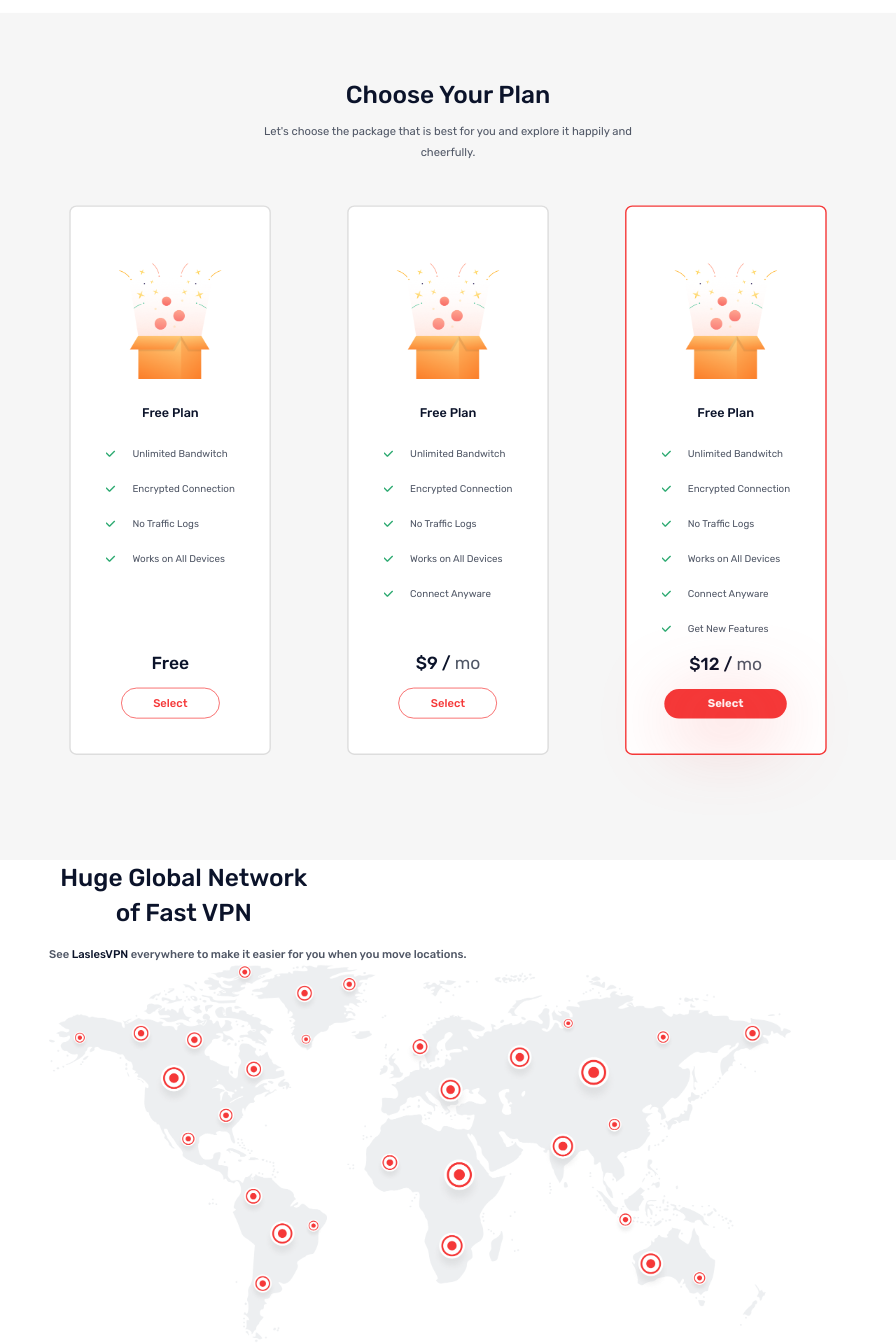
Repository: PhamTrungNguyen/LuyenTap
Page: LT_Figma/index.html
An editor plug-in stored every save of this project. The page is shown before and after a run of saves, followed by the edit.
The browser window is 1280 px wide. The pictures show the part of the page from y = 1369 to 3289 px (the page is 3289 px tall), at 70% of full size.
Some web libraries are served in a nearby version. The style sheet was rebuilt from its Sass, Less or Tailwind sources for each picture, by a compiler version that may differ from the author's.

Above is the page before, as saved 2021-12-08 23:15:04.
Console error: TypeError: Cannot read properties of null (reading 'addEventListener')

After the next 2 saves:
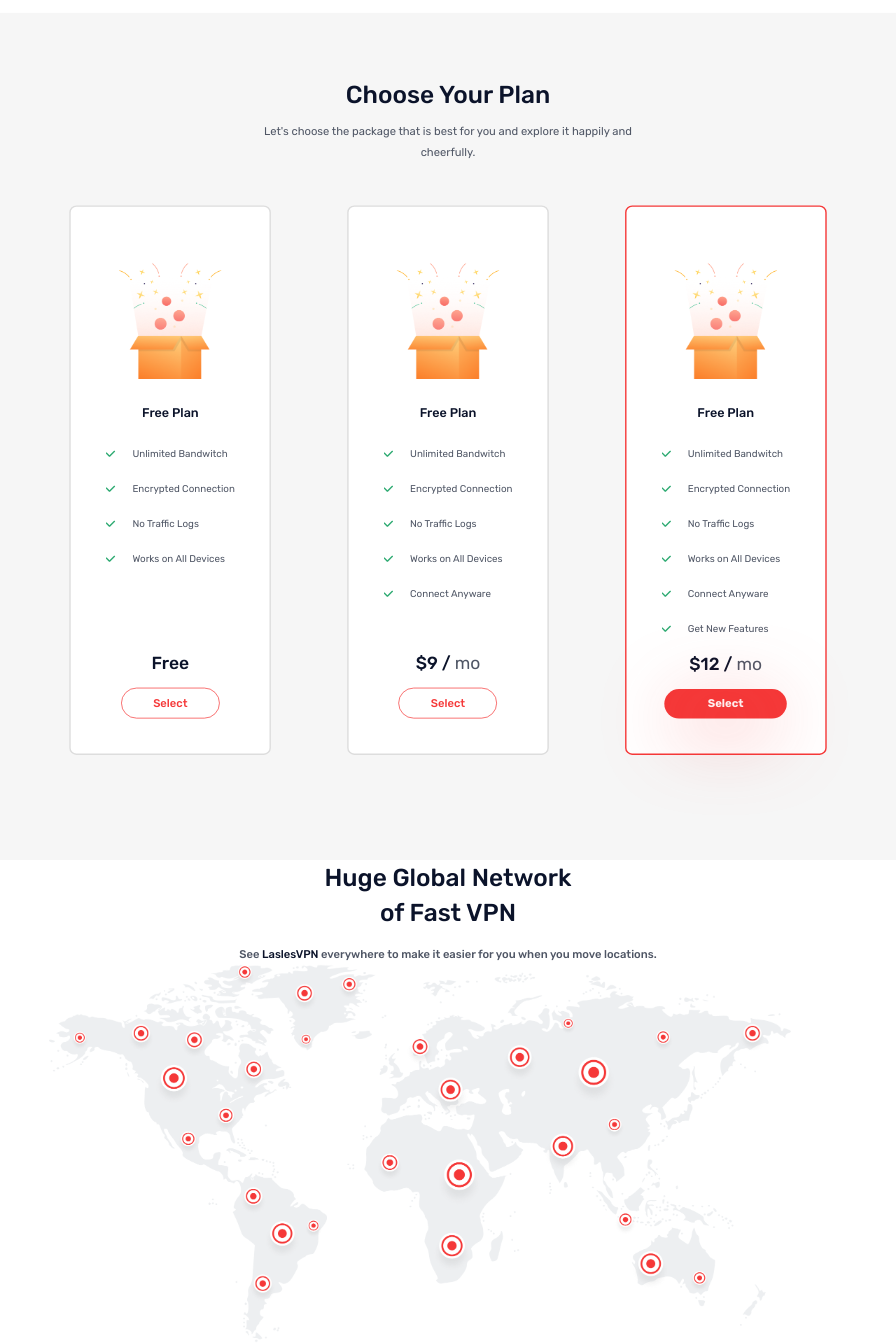
The 2 saves are shown as one change because they came seconds apart.
The last was saved 9 s later.
--- a/LT_Figma/sass/_network.scss
+++ b/LT_Figma/sass/_network.scss
@@ -1,9 +1,9 @@
 .network
 {
     &-heading{
-        margin: 0 auto;
+        text-align: center;
         &_title{
-            text-align: center;
+            margin: 0 auto;
             max-width:385px;
             font-weight: 500;
             font-size: 35px;
